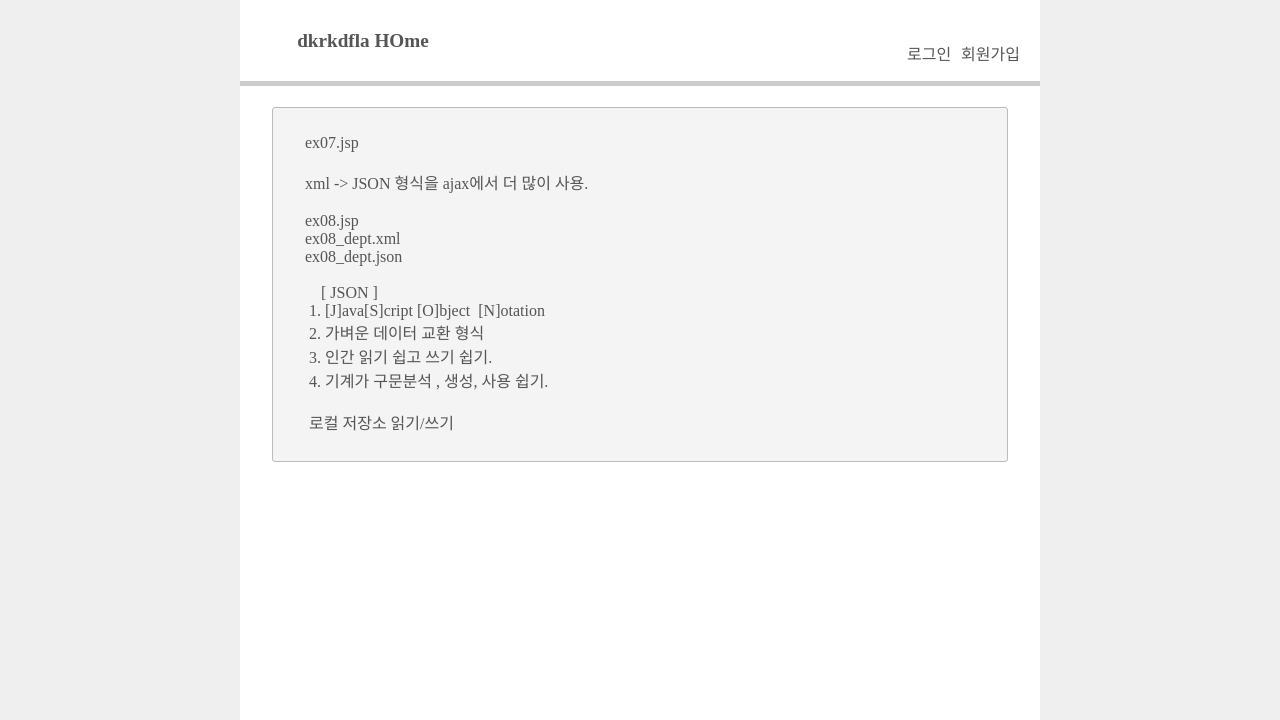
Repository: Dusajang/JSPClass
Page: http://localhost/jspPro/days09/ex07.jsp
The author's editor kept a copy of each file at every save. The page is drawn from the files as they stood at one save, then again after the next save.
The browser window is 1280 px wide. The pictures show the whole page.
Some web fonts or font styles are not loaded; a fallback is used. The page is served by Tomcat 9. Other server files are loaded and not shown.

Above is the page before, as saved 2024-10-25 05:39:55.

### jspPro/src/main/webapp/days09/ex07.jsp
<%@ page contentType="text/html; charset=UTF-8" pageEncoding="UTF-8"%>
<%@ page trimDirectiveWhitespaces="true" %>
<%@ taglib prefix="c" uri="http://java.sun.com/jsp/jstl/core" %>
<!DOCTYPE html>
<html>
<head>
<meta charset="UTF-8">
<title>Insert title here</title>
<link rel="shortcut icon" type="image/x-icon" href="http://localhost/jspPro/images/SiSt.ico">
<script src="https://ajax.googleapis.com/ajax/libs/jquery/3.7.1/jquery.min.js"></script>
<meta name="viewport" content="width=device-width, initial-scale=1.0">
<meta name="google" content="notranslate">
<link rel="stylesheet" href="http://localhost/jspPro/resources/cdn-main/example.css">
<script src="http://localhost/jspPro/resources/cdn-main/example.js"></script>
<style>
 span.material-symbols-outlined{
    vertical-align: text-bottom;
 }
</style>
</head>
<body>
<header>
  <h1 class="main"><a href="#" style="position: absolute;top:30px;">dkrkdfla HOme</a></h1>
  <ul>
    <li><a href="#">로그인</a></li>
    <li><a href="#">회원가입</a></li>
  </ul>
</header>
<div>
  <xmp class="code">
    ex07.jsp

    xml -> JSON 형식을 ajax에서 더 많이 사용.

    ex08.jsp
    ex08_dept.xml
    ex08_dept.json

        [ JSON ]
     1. [J]ava[S]cript [O]bject  [N]otation
     2. 가벼운 데이터 교환 형식
     3. 인간 읽기 쉽고 쓰기 쉽기.
     4. 기계가 구문분석 , 생성, 사용 쉽기.

     로컬 저장소 읽기/쓰기
  </xmp>
</div>
</body>
</html>

### jspPro/src/main/webapp/resources/cdn-main/example.css
@charset "UTF-8";

@import url('https://fonts.googleapis.com/css2?family=Material+Symbols+Outlined:opsz,wght,FILL,GRAD@20..48,100..700,0..1,-50..200');

@font-face {
    font-family: 'GmarketSansMedium';
    src: url('https://cdn.jsdelivr.net/gh/projectnoonnu/noonfonts_2001@1.1/GmarketSansMedium.woff') format('woff');
    font-weight: normal;
    font-style: normal;
}

:root {
	--text-color: #555;
	--sub-text-color: #777;
	--back-color: #EFEFEF;
	--header-color: #444;
	--primary-color: #DEDEDE;
	--secondary-color: #EFEFEF;
	--default-width: 800px;
	--narrow-width: 500px;
	--wide-width: 1200px;
	--text-font: 'GmarketSansMedium';
	--icon-font: 'Material Symbols Outlined';
	--border-color: #CCC;
}

html, body {
	margin: 0;
	padding: 0;
}

html {
	background-color: var(--back-color);
	display: flex;
	justify-content: center;
	min-height: 100vh;
}

body, body.default {
	width: var(--default-width);
	background-color: white;
	padding-bottom: 120px;
}

body.wide {
	width: var(--wide-width);
}

body.narrow {
	width: var(--narrow-width);
}



body, p, div, span, a, input, select, option, textarea, button, table, th, td, label, fieldset, legend {
	font-family: var(--text-font);
	color: var(--text-color);
}

h1, h2, h3 {
	font-family: var(--text-font);
	color: var(--header-color);
	padding: 0 1rem;
	padding-top: .5rem;
}

div > h1, div > h2, div > h3 {
	padding: 0;
}

body > div, body > main > div {
	padding: 0.3rem 1rem;
}


h1 { font-size: 2rem; border-bottom: 1px solid var(--border-color); }
h1 small { font-size: 1.2rem; color: var(--sub-text-color); }
h2 { font-size: 1.5rem; border-bottom: 1px dashed var(--border-color); }
h2 small { font-size: 1.1rem; color: --sub-text-color; }
h3 { font-size: 1.2rem; }
h3 small { font-size: 1rem; color: --sub-text-color; }



h1.main::before {
	font-family: var(--icon-font);
  	content: '\e666';
  	margin-right: 10px;
  	float: left;
	font-size: 2.5rem;
}

h1.sub::before {
	font-family: var(--icon-font);
  	content: '\ea19';
  	margin-right: 10px;
  	float: left;
	font-size: 2.5rem;
}


h1.page::before {
	font-family: var(--icon-font);
  	content: '\e0e0';
  	margin-right: 10px;
  	float: left;
	font-size: 2.5rem;
}

body > header > ul > li > .active{
	background-color: #FFF;
	color:#F00;
}

body > header {
	display: flex;
	justify-content: space-between;
	border-bottom: 5px solid var(--border-color);
	min-height: 74px;
	background-color: #FFF;
}

body > header.sticky {
	position: sticky;
	top: 0;
	z-index: 98;
}

body > header > h1 {
	font-size: 1.2rem;
	border: 0;
}

body > header.in > h1::before {
	font-family: var(--icon-font);
  	content: '\e332‥';
  	margin-right: 3px;
  	float: left;
	font-size: 2rem;
}


body > header > ul {
	list-style-type: none;
	display: flex;
	align-items: flex-end;
	margin-right: 10px;
}

body > header > ul > li {
	margin-right: 10px;
	cursor: pointer;
}

body > header > ul > li > a {
	cursor: pointer;
}


form {
	display: block;
}

form > div {
	padding: 0.3rem 1rem;
}

div > form > div {
	padding: 0.3rem 0;
}

input, textarea, button, select {
	border: 1px solid #BBB;
	border-radius: 3px;
	outline: none;
	resize: none;
	padding: 7px;
	margin: 0;
}

input[type=text]:read-only, textarea:read-only {
	cursor: not-allowed;
	background-color: #FFF;
}

input[type=text]:disabled, textarea:disabled {
	cursor: not-allowed;
	background-color: #EEE;
}

input[type=text], input[type=password], textarea, button, select {
	/* width: 300px; */
}

textarea {
	display: block;
	height: 100px;
}

input[type=button], input[type=submit], button {
	/* width: inherit; */
}

input.short, textarea.short, button.short, select.short {
	width: 100px;
}

input.long, textarea.long, button.long, select.long {
	width: 350px;
}

.narrow input.long, .narrow textarea.long, .narrow button.long, .narrow select.long {
	width: calc(100% - 20px);
}

input.full, textarea.full, button.full, select.full {
	width: calc(100% - 20px);
}

textarea.short {
	height: 50px;
}

textarea.long {
	height: 100px;
}

textarea.full {
	height: 200px;
}

input, textarea {
	padding-top: 8px;
}

input[type=button], input[type=submit], button {
	padding: 5px 10px;
	background-color: var(--secondary-color);
	cursor: pointer;
	min-height: 36px;
}

input[type=button].primary, input[type=submit].primary, button.primary {
	/* background-color: rgba(100, 149, 237, .2); */
	background-color: var(--primary-color);
}

input[type=button].primary:hover, input[type=submit].primary:hover, button.primary:hover {
	/* background-color: rgba(100, 149, 237, .3); */
	background-color: var(--secondary-color);
}

input[type=button]:hover, input[type=submit]:hover, button:hover {
	background-color: var(--primary-color);
}

button {
	position: relative;
	left: 0;
	top: 0;
	padding-left: 35px;
}

button .material-symbols-outlined {
	position: absolute;
	left: 10px;
	top: 4px;
}

/* k2nik add */
button.login::before {
	font-family: var(--icon-font);
  	content: '\ea77';
	position: absolute;
	left: 11px;
	top: 4px;
	font-size: 1.25rem;
}

/* k2nik logout */
button.logout::before {
	font-family: var(--icon-font);
  	content: '\e9ba';
	position: absolute;
	left: 11px;
	top: 4px;
	font-size: 1.25rem;
}

/* k2nik help */
button.help::before {
	font-family: var(--icon-font);
  	content: '\f1c0';
	position: absolute;
	left: 11px;
	top: 4px;
	font-size: 1.25rem;
}

button.add::before{
	font-family: var(--icon-font);
  	content: '\e746';
	position: absolute;
	left: 11px;
	top: 4px;
	font-size: 1.25rem;
}

button.back::before {
	font-family: var(--icon-font);
  	content: '\e166';
	position: absolute;
	left: 11px;
	top: 4px;
	font-size: 1.25rem;
}

button.list::before {
	font-family: var(--icon-font);
  	content: '\e0ee';
	position: absolute;
	left: 11px;
	top: 4px;
	font-size: 1.25rem;
}


button.del::before {
	font-family: var(--icon-font);
  	content: '\e872';
	position: absolute;
	left: 11px;
	top: 4px;
	font-size: 1.25rem;
}


button.edit::before {
	font-family: var(--icon-font);
  	content: '\e745';
	position: absolute;
	left: 11px;
	top: 4px;
	font-size: 1.25rem;
}


button.login::before {
	font-family: var(--icon-font);
  	content: '\ea77';
	position: absolute;
	left: 11px;
	top: 4px;
	font-size: 1.25rem;
}


button.logout::before {
	font-family: var(--icon-font);
  	content: '\e9ba';
	position: absolute;
	left: 11px;
	top: 4px;
	font-size: 1.25rem;
}


button.in::before {
	font-family: var(--icon-font);
  	content: '\f71a';
	position: absolute;
	left: 11px;
	top: 4px;
	font-size: 1.25rem;
}


button.out::before {
	font-family: var(--icon-font);
  	content: '\f70e';
	position: absolute;
	left: 11px;
	top: 4px;
	font-size: 1.25rem;
}


button.reply::before {
	font-family: var(--icon-font);
  	content: '\e15e';
	position: absolute;
	left: 11px;
	top: 4px;
	font-size: 1.25rem;
}


button.comment::before {
	font-family: var(--icon-font);
  	content: '\e0b9';
	position: absolute;
	left: 11px;
	top: 4px;
	font-size: 1.25rem;
}


button.modal::before {
	font-family: var(--icon-font);
  	content: '\e89e';
	position: absolute;
	left: 11px;
	top: 4px;
	font-size: 1.25rem;
}


button.ok::before {
	font-family: var(--icon-font);
  	content: '\e86c';
	position: absolute;
	left: 11px;
	top: 4px;
	font-size: 1.25rem;
}


button.cancel::before {
	font-family: var(--icon-font);
  	content: '\e5c9';
	position: absolute;
	left: 11px;
	top: 4px;
	font-size: 1.25rem;
}

button.search::before {
	font-family: var(--icon-font);
  	content: '\e8b6';
	position: absolute;
	left: 11px;
	top: 4px;
	font-size: 1.25rem;
}

button.home::before {
	font-family: var(--icon-font);
  	content: '\e88a';
	position: absolute;
	left: 11px;
	top: 4px;
	font-size: 1.25rem;
}


button.sidebar::before {
	font-family: var(--icon-font);
  	content: '\f7e4';
	position: absolute;
	left: 11px;
	top: 4px;
	font-size: 1.25rem;
}


button.sidebar-right::before {
	font-family: var(--icon-font);
  	content: '\f7e5';
	position: absolute;
	left: 11px;
	top: 4px;
	font-size: 1.25rem;
}




button::before {
	font-family: var(--icon-font);
  	content: '\e323';
	position: absolute;
	left: 11px;
	top: 4px;
	font-size: 1.25rem;
}


table {
	border-collapse: collapse;
	margin: 1rem;
	box-sizing: border-box;
	width: calc(100% - 32px);
}

table.content {
	width: auto;
}

div > table {
	margin: 0;
}

table th, table td {
	border: 1px solid var(--border-color);
	padding: 7px;
	font-weight: normal;
}

table th {
	background-color: var(--back-color);
}

table.vertical th {
	width: 150px;
}

table.vertical td {
	width: calc(100% - 182px);
	padding-left: 10px;
}

table.content td, table.content th {
	width: auto;
}

body.narrow table.vertical th {
	width: 100px;
}

body.narrow table.vertical td {
	width: calc(100% - 182px);
}


table + table {
	margin-top: 30px;
}


p {
	padding: 0 1rem;
}

a {
	text-decoration: none;
}

a:hover {
	color: rgba(255, 99, 71, .7);
}

hr {
	border: 0;
	border-top: 1px solid var(--border-color);
	margin: 2rem 0;
}

.message {
	border: 1px solid var(--border-color);
	background-color: #EFEFEF;
	margin: 1rem;
	width: auto;
	padding-top: 10px;
	padding-bottom: 10px;
	font-size: 14px;
}

.message[title]::before {
	content: attr(title);
	display: block;
	border-bottom: 1px solid var(--border-color);
	padding-bottom: 5px;
	margin-bottom: 10px;
	margin-top: 7px;
}

.message.short {
	max-width: 250px;
}

.message.long {
	max-width: 500px;
}

.badge {
	float: right;
	font-size: .8rem;
	margin-top: 2px;
	margin-right: 2px;
	text-shadow: 0 0 7px gray;
}

.badge.left {
	float: none;
	margin-left: 2px;
}

.badge.right {
	float: right;
}

.badge.red {
	border-radius: 50%;
	padding: 2px 5px;
	background-color: rgb(255, 99, 71, .3);
}

.badge.yellow {

	border-radius: 50%;
	padding: 2px 5px;
	background-color: rgb(255, 215, 0, .5);
}

.badge.blue {
	border-radius: 50%;
	padding: 2px 5px;
	background-color: rgb(100, 149, 237, .3);
}

label + label {
	margin-left: 7px;
}

label input[type=checkbox], label input[type=radio] {
	transform: translate(0, 1px);
}

.group {
	display: flex;
}

.modal-content .group {
	margin-bottom: .5rem;
}

.group label {
	border: 1px solid #BBB;
	border-radius: 3px;
	outline: none;
	resize: none;
	padding: 7px 14px;
	margin: 0;
	border-top-right-radius: 0;
	border-bottom-right-radius: 0;
	background-color: #EFEFEF;
	white-space: nowrap;
	font-size: 14px;
}

.group input[type=text] {
	margin-left: -1px;
	border-top-left-radius: 0;
	border-bottom-left-radius: 0;
}

.group select {
	margin-left: -1px;
	border-top-left-radius: 0;
	border-bottom-left-radius: 0;
}

.group input.full[type=text] {
	margin-left: -1px;
	border-top-left-radius: 0;
	border-bottom-left-radius: 0;
	width: 100%;
}

.group input[type=button]:first-child, .group button:first-child {
	border-top-left-radius: 3px;
	border-bottom-left-radius: 3px;
	margin-left: 0px;
}

.group input[type=button], .group button {
	border-radius: 0;
	margin-left: -1px;
}

.group input[type=button]:last-child, .group button:last-child {
	margin-left: -1px;
	border-top-right-radius: 3px;
	border-bottom-right-radius: 3px;
}

.seperate {
	display: flex;
	justify-content: space-between;
}

div.list {
	width: max-content;
	margin: 1rem;
	border: 1px solid #BBB;
	border-radius: 3px;
	padding: 0;
}

div.list.full {
	width: auto;
	display: block;
	margin: 1rem;
	border: 1px solid #BBB;
	border-radius: 3px;
	padding: 0;
}

div.list > div {
	padding: .5rem 1rem;
	margin: 0;
	border-bottom: 1px solid #BBB;
}

div.list > div:last-child {
	border-bottom: 0;
}

pre.code , xmp.code{
	font-family: consols;
	background-color: rgba(150, 150, 150, .1);
	border: 1px solid #BBB;
	border-radius: 3px;
	padding: .5rem 1rem;
	padding-bottom: .6rem;
	margin: 1rem;
}




*[data-modal-window] {
	position: fixed;
	background-color: rgba(0, 0, 0, .3);
	left: 0;
	top: 0;
	display: none;
	justify-content: center;
	align-items: flex-start;
	width: 100%;
	min-height: 100vh;
	z-index: 100;
	opacity: 0;
	transition: 500ms all;
}

*[data-modal-window] .modal-container {
	border-radius: 5px;
	padding: 1rem;
	padding-bottom: .5rem;
	margin-top: -500px;
	opacity: 0;
	width: 500px;
	background-color: #FFF;
	margin-right: 2rem;
	transition: 500ms all;
}

*[data-modal-size=content] .modal-container {
	width: auto;
}

*[data-modal-size=narrow] .modal-container {
	width: 300px;
}

*[data-modal-size=wide] .modal-container {
	width: 760px;
}


*[data-modal-window] .modal-header {
	border-bottom: 1px solid var(--border-color);
	padding: 2px 5px;
}

*[data-modal-window] .modal-content {
	padding: 1rem 5px;
}

*[data-modal-window] .modal-content div:last-child {
	margin-top: 1rem;
	text-align: right;
}



*[data-sidebar-window] {
	position: fixed;
	background-color: #FFF;
	left: 0;
	top: 0;
	display: block;
	width: 300px;
	border-right: 1px solid var(--border-color);
	box-sizing: border-box;
	box-shadow: 0 0 3px var(--back-color);
	min-height: 100vh;
	z-index: 99;
	transform: translate(-300px, 0);
	transition-duration: 500ms;
	transition-property: transform;
}

*[data-sidebar-direction=right] {
	left: auto;
	right: 0;
	transform: translate(300px, 0);
	border-left: 1px solid var(--border-color);
}

*[data-sidebar-size=wide] {
	width: 500px;
	transform: translate(-500px, 0);
}

*[data-sidebar-window] .sidebar-title {
	border-bottom: 1px solid var(--border-color);
	margin-top: 20px;
	margin-bottom: 20px;
	padding-bottom: 5px;
	display: flex;
	justify-content: space-between;
}

*[data-sidebar-window] .sidebar-title span:last-child {
	cursor: pointer;
}


/* K2Nik pagination */
.center {
  text-align: center;
}

.pagination {
  display: inline-block;
}

.pagination a {
  color: black;
  float: left;
  padding: 3px 6px;
  text-decoration: none;
  transition: background-color .3s;
  border: 1px solid #ddd;
  margin: 0 3px;
}

.pagination a.active {
  background-color: #4CAF50;
  color: white;
  border: 1px solid #4CAF50;
}

.pagination a:hover:not(.active) {background-color: #ddd;}

### jspPro/src/main/webapp/resources/cdn-main/example.js

window.onload = () => {

    const list = document.querySelectorAll('input, textarea');

    list.forEach(item => {
        item.setAttribute('autocomplete', 'off');
    });


    const modal_btn_list = document.querySelectorAll('*[data-modal-button]');

    modal_btn_list.forEach(item => {
        item.onclick = function() {

            const name = this.dataset['modalButton'];
            const modal_window = document.querySelector('*[data-modal-window=' + name);

            const container = document.createElement('div');
            container.className = 'modal-container';



            const modal_header = document.createElement('div');
            modal_header.textContent = modal_window.dataset['modalTitle'];
            modal_header.className = 'modal-header';
            container.appendChild(modal_header);

            const modal_content = document.createElement('div');
            modal_content.className = 'modal-content';
            container.appendChild(modal_content);

            Array.from(modal_window.childNodes).forEach(item => {
                modal_content.appendChild(item);
            });

            modal_window.appendChild(container);

            modal_window.style.display = 'flex';

            setTimeout(() => {
                modal_window.style.opacity = 1;
                container.style.marginTop = '20px';
                container.style.opacity = 1;
            }, 50);


            const modal_ok = document.querySelector('*[data-modal-ok=' + name);
            modal_ok.addEventListener('click', function() {
                modal_window.style.opacity = 0;
                container.style.marginTop = '-500px';
                container.style.opacity = 0;

                setTimeout(() => {
                    modal_window.innerHTML = modal_content.innerHTML;
                    modal_window.style.display = 'none';
                }, 500);

            });

            const modal_cancel = document.querySelector('*[data-modal-cancel=' + name);
            modal_cancel.addEventListener('click', function() {

                modal_window.style.opacity = 0;
                container.style.marginTop = '-500px';
                container.style.opacity = 0;

                setTimeout(() => {
                    modal_window.innerHTML = modal_content.innerHTML;
                    modal_window.style.display = 'none';
                }, 500);
            });


        };
    });


    const sidebar_btn_list = document.querySelectorAll('*[data-sidebar-button]');

    sidebar_btn_list.forEach(item => {
        item.onclick = function() {



            const name = this.dataset['sidebarButton'];
            const sidebar_window = document.querySelector('*[data-sidebar-window=' + name);

            if (sidebar_window.style.transform == 'translate(0px, 0px)') return;



            sidebar_window.style.transform = 'translate(0, 0)';

            const sidebar_title = document.createElement('div');
            sidebar_title.className = 'sidebar-title';
            sidebar_title.innerHTML = '<span>' + sidebar_window.dataset['sidebarTitle'] + '</span><span class="material-symbols-outlined">close</span>';

            sidebar_title.children[1].onclick = function() {

                let sign = 1;
                let distance = 300;

                if (sidebar_window.dataset['sidebarDirection'] != 'right') {
                    sign = -1;
                } else {
                    sign = 1;
                }

                if (sidebar_window.dataset['sidebarSize'] != 'wide') {
                    distance = 300;
                } else {
                    distance = 500;
                }

                distance *= sign;

                sidebar_window.style.transform = 'translate(' + distance + 'px, 0)';

                setTimeout(function() {
                    sidebar_window.removeChild(sidebar_window.children[0]);
                }, 500);
            };


            sidebar_window.prepend(sidebar_title);

        }
    });

};

// window.onkeydown = function(event) {

//     if (event.keyCode == 27) {
//         if (document.querySelector('[data-modal-window').style.display == 'flex') {
//             document.querySelector('[data-modal-window').style.display = 'none';
//         }
//     }

// };

After the next save:
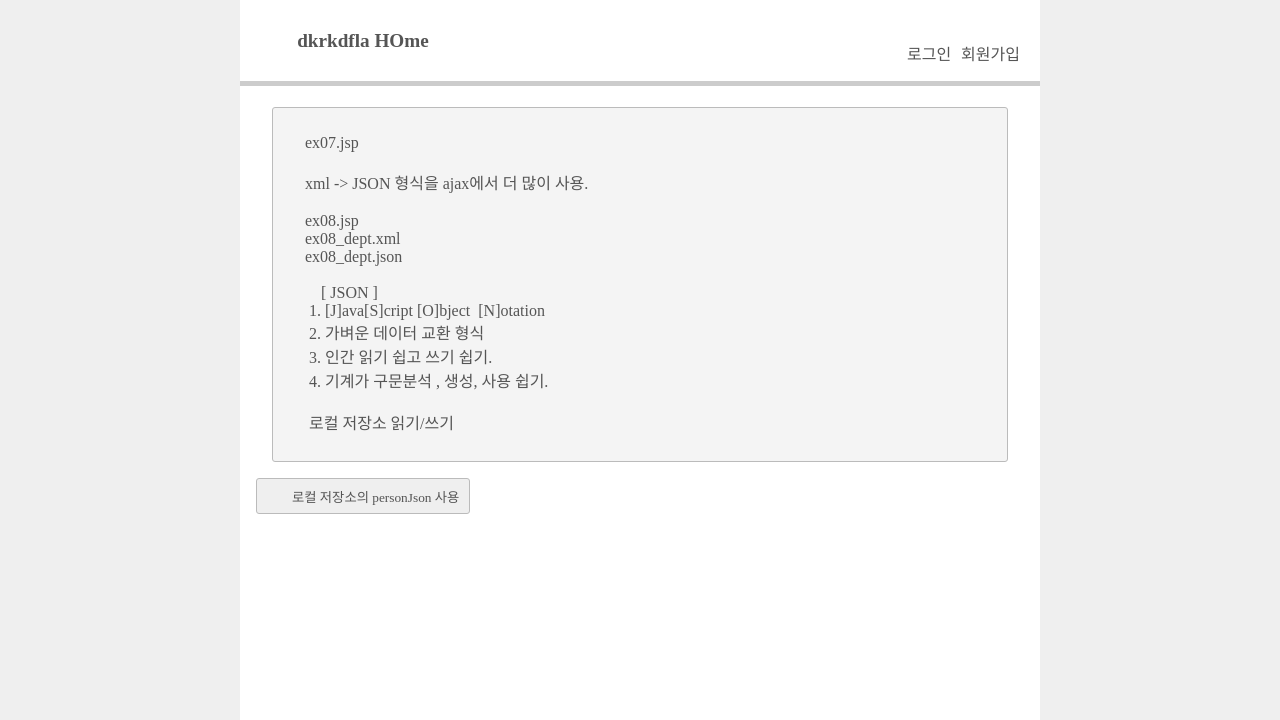
Saved 56 s later.
--- a/jspPro/src/main/webapp/days09/ex07.jsp
+++ b/jspPro/src/main/webapp/days09/ex07.jsp
@@ -44,6 +44,11 @@
 
      로컬 저장소 읽기/쓰기
   </xmp>
+
+  <button onclick="getPersonJson()">로컬 저장소의 personJson 사용</button>
+
+  <p id="demo"></p>
+
 </div>
 </body>
 </html>
